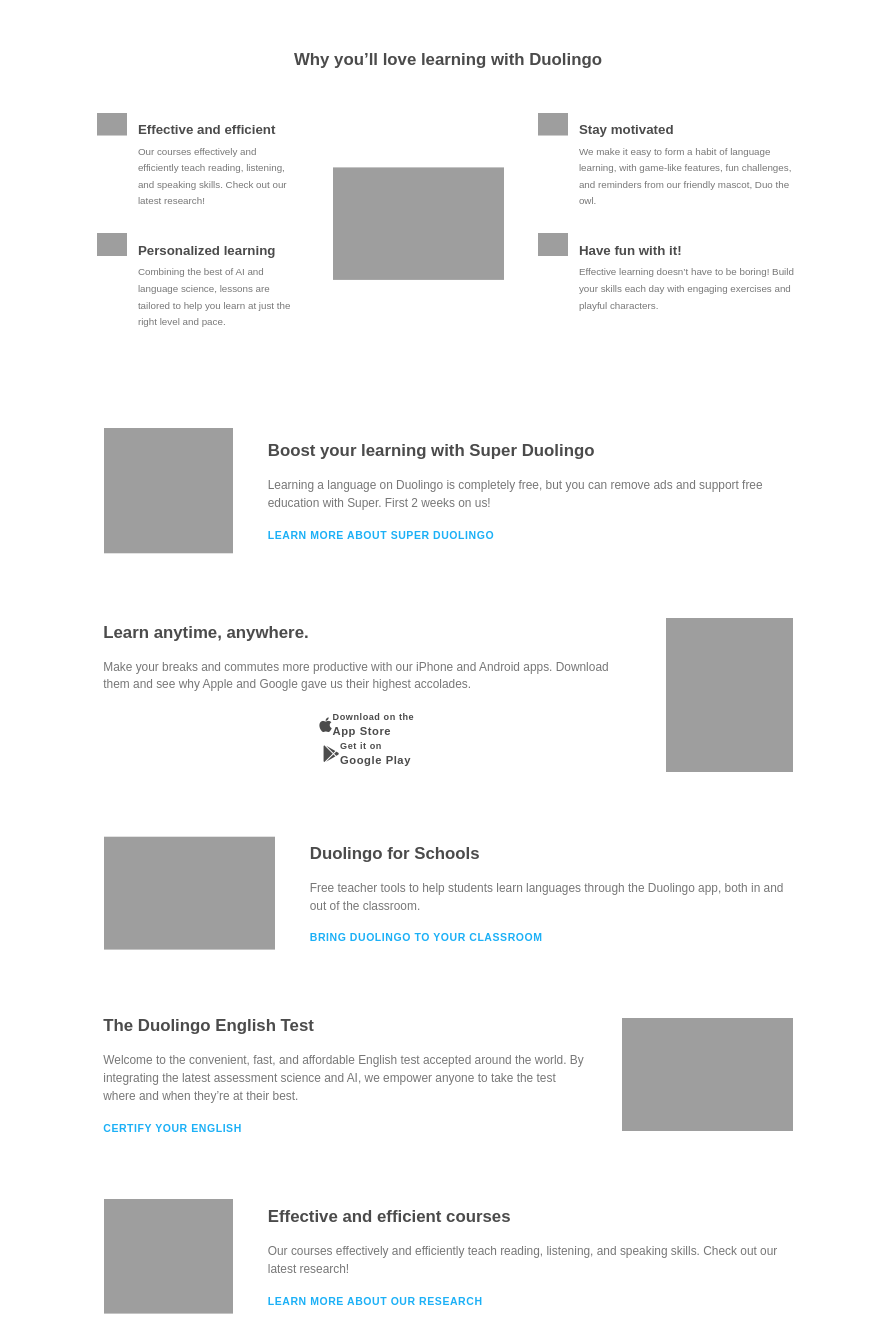
Repository: kauittt/duolingo-little
Page: login.html
An editor plug-in stored every save of this project. The page is shown before and after the next save, followed by the edit.
The browser window is 1280 px wide. The pictures show the part of the page from y = 937 to 2857 px (the page is 2857 px tall), at 70% of full size.
Pictures or frames that could not be fetched are drawn as grey boxes. A picture or video elsewhere on the page could not be fetched, so the positions and the page height are approximate. Some web libraries are served in a nearby version.

Above is the page before, as saved 2023-03-26 20:48:59.

After the next save:
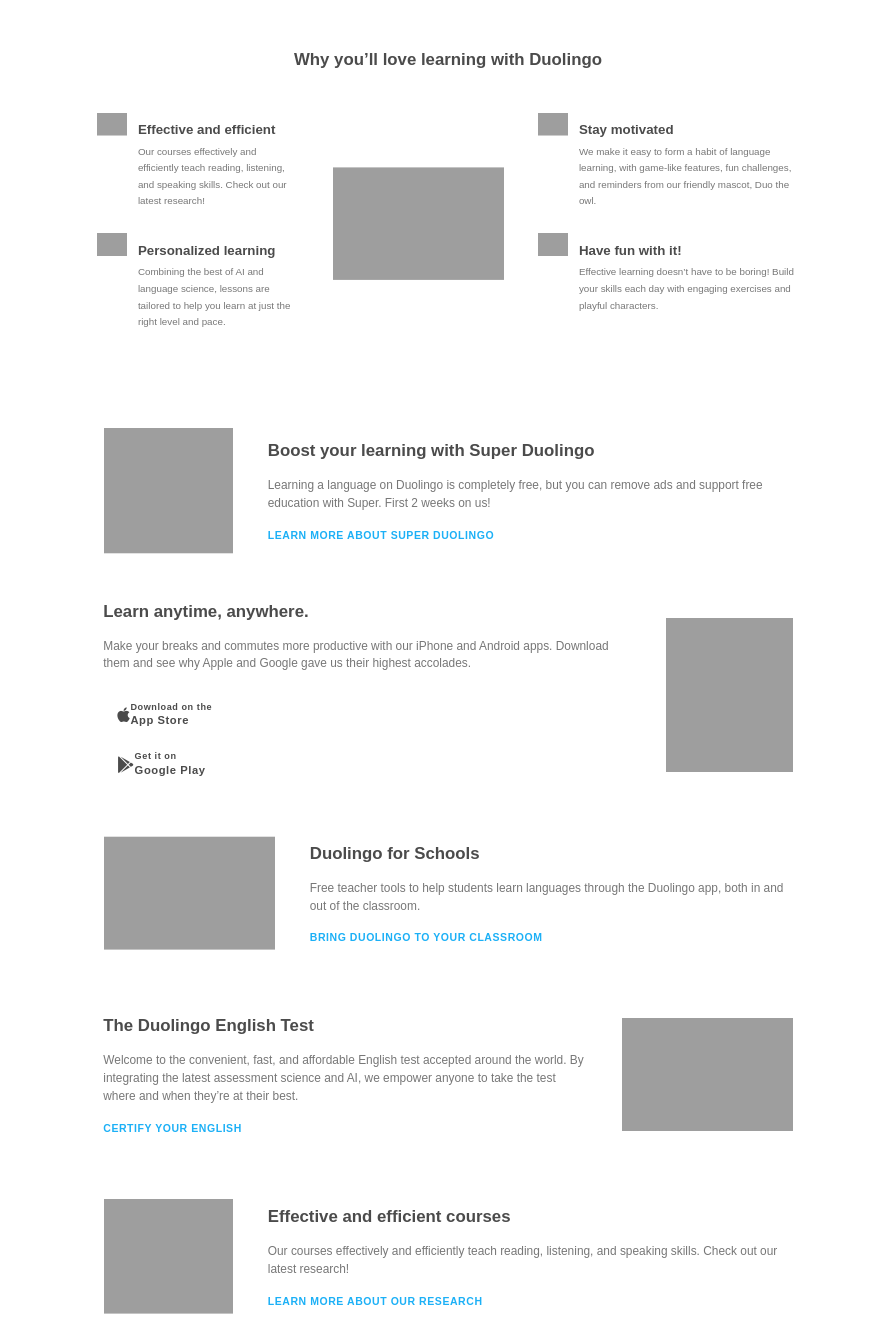
Saved 99 s later.
--- a/assets/css/stytes.css
+++ b/assets/css/stytes.css
@@ -216,10 +216,10 @@
 
 .section-content__link-item {
     display: flex;
-    justify-content: center;
     align-items: center;
     text-transform: none;
     color: rgb(75, 75, 75);
+    padding: 15px 20px;
 }
 
 .section-content__link-item > i {
